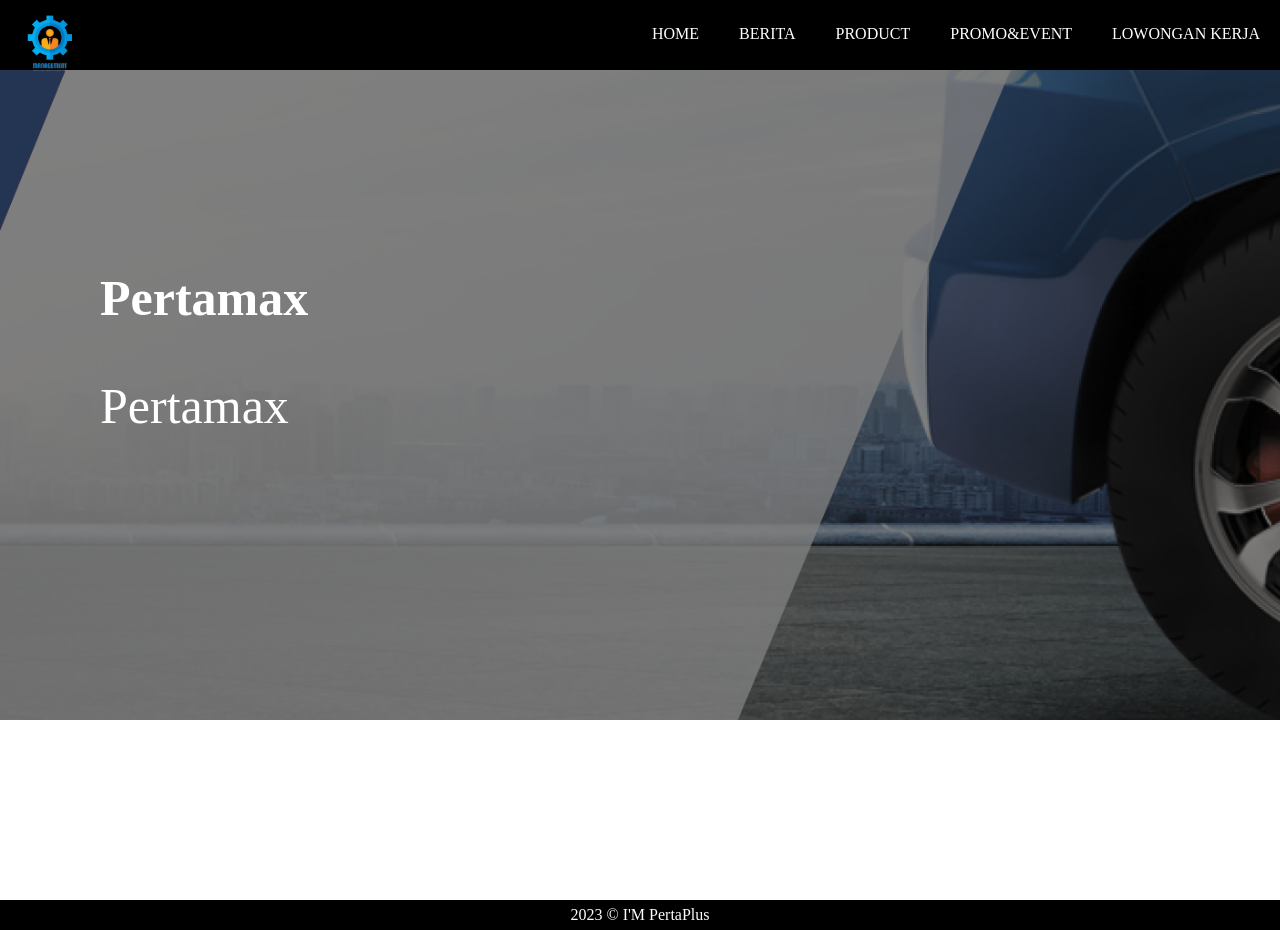
Repository: rizalardi34/project-mypertaplus
Page: pertamax.html
An editor plug-in stored every save of this project. The page is shown before and after the next save, followed by the edit.
The browser window is 1280 px wide. The pictures show the whole page.

Above is the page before, as saved 2023-04-25 13:07:09.

After the next save:
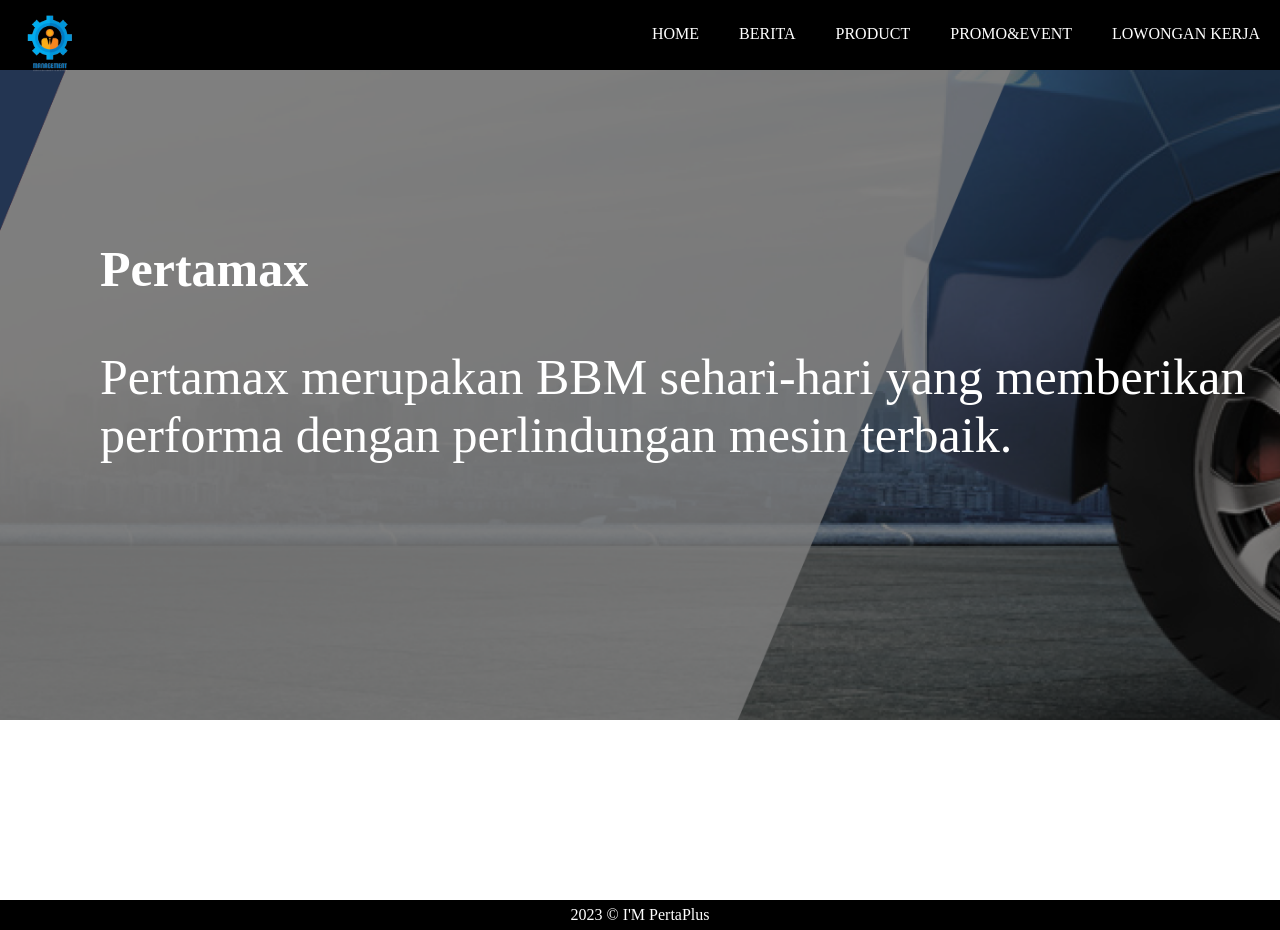
Saved 7 s later.
--- a/pertamax.html
+++ b/pertamax.html
@@ -22,7 +22,7 @@
                 <div style="background-color:rgb(0, 0, 0,0.5); height: 100%; width: 100%; display: flex; justify-content: start; align-items: center; padding-left: 100px;">
                     <div>
                         <h1 style=" color: white; font-size: 50px; ">Pertamax</h1>
-                        <p style=" color: white; font-size: 50px; ">Pertamax</p>
+                        <p style=" color: white; font-size: 50px; ">Pertamax merupakan BBM sehari-hari yang memberikan performa dengan perlindungan mesin terbaik.</p>
                     </div>
                 </div>
             </div>
